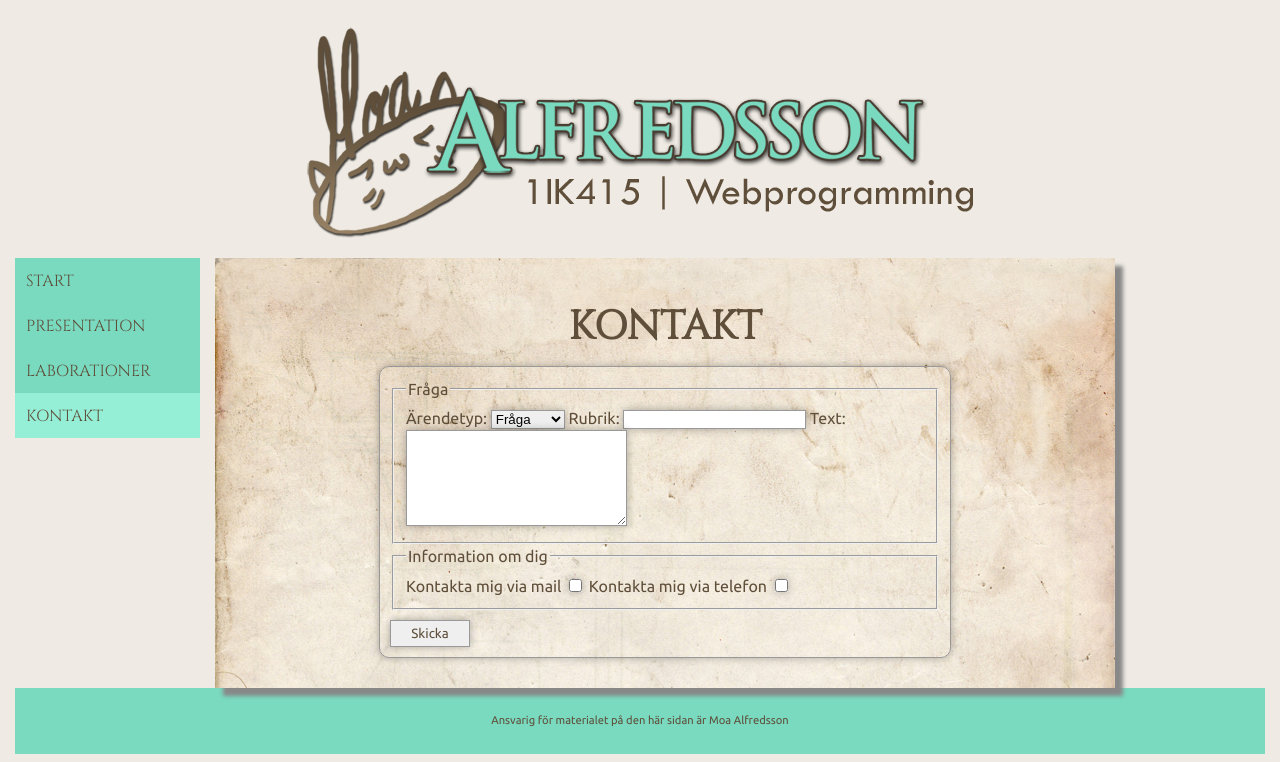
Repository: ma223md/1ik415
Page: pages/kontakt.html
The author's editor kept a record of every edit. The page is drawn from the files as they stood at one moment, then again after the next edit.
The browser window is 1280 px wide. The pictures show the whole page.

Above is the page before.

### pages/kontakt.html
<!DOCTYPE html>
<html>
    <head>
        <title>Kontakt</title>
        <meta charset="UTF-8">
        <!-- Gör så att svenska bokstäver visas korrekt -->
        <link rel="stylesheet" href="../css/style2.css" />
        <link href='//fonts.googleapis.com/css?family=Ubuntu' rel='stylesheet' type='text/css'>
        <link href='//fonts.googleapis.com/css?family=Cinzel' rel='stylesheet' type='text/css'>
    </head>
    <body>
        <div id="container">
            <div id="header">
            </div>
            <div id="navigation">
            <ul>
                <li><a href="../index.html">Start</a></li>
                <li><a href="../pages/presentation.html" >Presentation</a></li>
                <li><a href="../pages/laborationer.html">Laborationer</a></li>
                <li><a href="../pages/kontakt.html" class="active">Kontakt</a></li>
                </ul>
            </div>
            <div id="content">
                <h1>Kontakt</h1>
                <form name="contactForm" action="http://voyager.lnu.se/tekinet/kurser/dtt/wp_webbintro/form.php" method="post">
                    <fieldset>
                        <legend>Fråga</legend>
                        <span>Ärendetyp:</span>
                        <select name="errand" class="test">
                            <option value="question">Fråga</option>
                            <option value="greeting">Hälsning</option>
                            <option value="other">Övrigt</option>
                        </select>
                        <span>Rubrik:</span> <input type="text" name="headline" class="test">
                        <span>Text:</span> <textarea  name="comments" cols="25" rows="6" class="test"></textarea>
                    </fieldset>
                    <fieldset>
                        <legend>Information om dig</legend>
                        <span>Kontakta mig via mail</span> <input type="checkbox" name="contact" value="mail">
                        <span>Kontakta mig via telefon</span> <input type="checkbox" name="contact" value="phone">
                    </fieldset>
                    <input type="submit" value="Skicka" name="send" class="button">
                </form>
            </div>
            <div id="footer">
                <p>Ansvarig för materialet på den här sidan är Moa Alfredsson</p>
            </div>
        </div>
    </body>
</html>

### css/style2.css
/* Layout */

/*  Colors
    Main: #e1e0ce
    Navigation: #79dac0
    Content text: #5f4f3a
*/
body
    {
        background: #efebe4;
        line-height: 1.5em;
    }

#header
    {
        background-image: url(pics/logga2.png);
        background-repeat: no-repeat;
        background-position: center;
        height:250px;
    }

#container
    {
        background: #efebe4;
        width: 1250px;
        overflow: auto;
        margin: 0 auto;
    }


#header img
    {
        padding-top: 15px;
        padding-left: 185px;
    }

#navigation
    {
        float: left;
        background: #efebe4;
        width: 200px;
    }

#navigation ul
    {
        margin: 0;
        padding: 0;
        width:185px;
        list-style-type: none;
    }
/* Ändrar lista till menyknappar */
#navigation ul li a
    {
        color: #5f4f3a;
        background-color: #79dac0;
        padding: 10.5px 11px;
        display:block;
        font-family: 'Cinzel', serif;
        text-transform: uppercase;
        text-decoration: none;
    }
/* Färgar aktiv länk i meny */
#navigation ul li .active
    {
    color: #5f4f3a;
    background-color: #95efd7;
    }

#navigation ul li a:hover
    {
        background-color:  #95efd7;
    }

#content
    {
        background-image: url(pics/paperbackground.jpg);
        width: 840px;
        float: left;
        box-shadow: 8px 8px 4px #888888;
        padding: 30px;
        color: #5f4f3a;
        font-family: 'Ubuntu', sans-serif;
    }

#content p
    {
        padding-bottom: 10px;
    }

#content .blogdate
    {
        font-size: 0.7em;
        clear: both;
    }

#content h1
    {
        color: #5f4f3a;
        font-family: 'Cinzel', serif;
        font-size: 2.5em;
        text-transform: uppercase;
        text-align: center;
    }

#content h2, h3
    {
        color: #5f4f3a;
        font-family: 'Cinzel', serif;
    }

#content table, th, td
    {
        border: 2px solid #5f4f3a;
    }

#content td
    {
        padding: 10px;
    }

#content a
    {
        color: #5f4f3a;
    }
/* Textwrap för bilder */
.TextWrapRight
    {
        float: right;
        padding-bottom: 10px;
        padding-left: 10px;
    }
.TextWrapLeft
    {
        float: left;
        padding-bottom: 10px;
        padding-right: 10px;
    }

form
{
    margin:auto;
    position:relative;
    width:550px;
    color: #5f4f3a;
    font-family: 'Ubuntu', sans-serif;
    -webkit-border-radius: 10px;
    -moz-border-radius: 10px;
    padding:10px;
    border: 1px solid #999;
    border: inset 1px solid #333;
    -webkit-box-shadow: 0px 0px 8px rgba(0, 0, 0, 0.3);
    -moz-box-shadow: 0px 0px 8px rgba(0, 0, 0, 0.3);
    box-shadow: 0px 0px 8px rgba(0, 0, 0, 0.3);
}

input, option, textarea, select
    {

        border: 1px solid #999;
        -webkit-box-shadow: 0px 0px 8px rgba(0, 0, 0, 0.3);
        -moz-box-shadow: 0px 0px 8px rgba(0, 0, 0, 0.3);
        box-shadow: 0px 0px 8px rgba(0, 0, 0, 0.3);
    }

.fillIn
    {
        width:375px;
        display:block;
    }

.button
{
    width:80px;
    margin-top:10px;
    padding: 5px;
    color: #5f4f3a;
    font-family: 'Ubuntu', sans-serif;
}

/* Placerar footer under kolumnerna */
#footer
    {
        clear: both;
        background: #79dac0;
        height: 66px;
    }

#footer p
    {
        color: #5f4f3a;
        font-family: 'Ubuntu', sans-serif;
        font-size: 0.7em;
        text-align: center;
        padding-top: 20px;
    }

After the next edit:
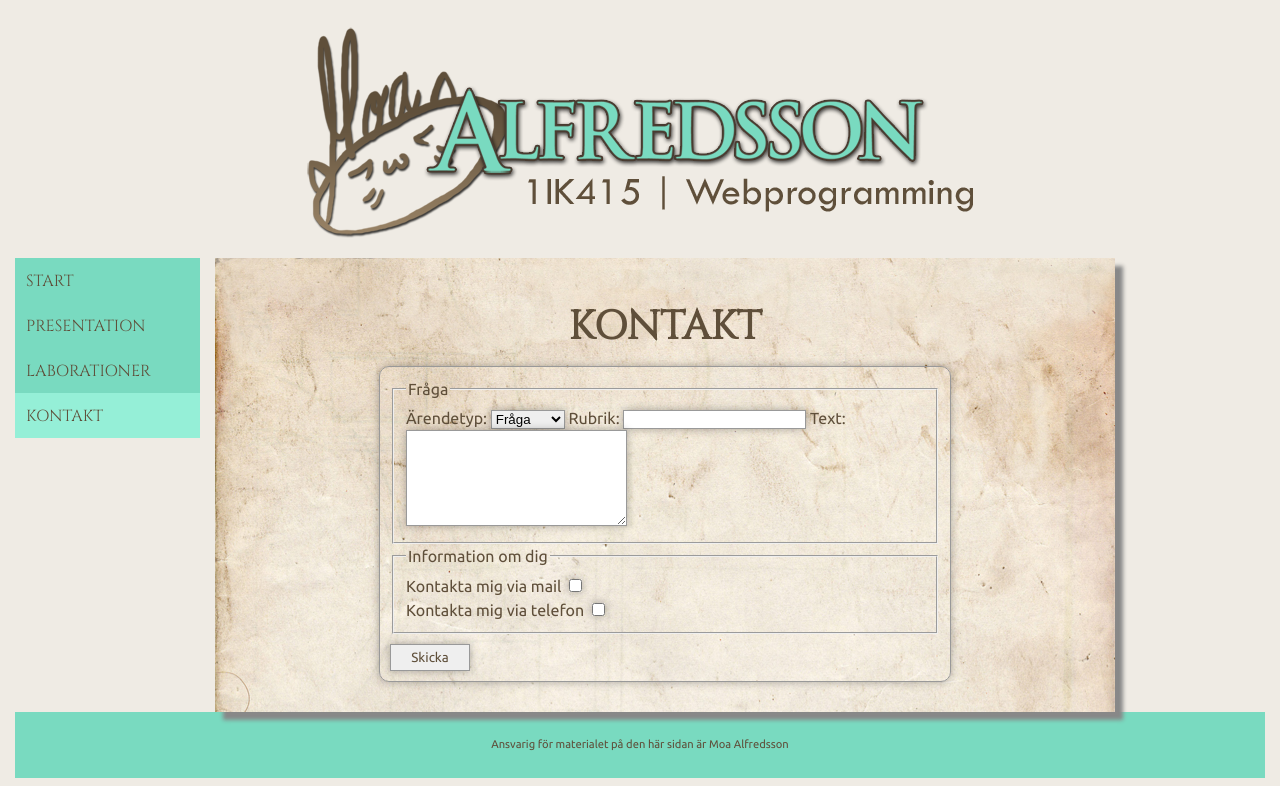
The edit:
--- a/pages/kontakt.html
+++ b/pages/kontakt.html
@@ -36,7 +36,7 @@
                     </fieldset>
                     <fieldset>
                         <legend>Information om dig</legend>
-                        <span>Kontakta mig via mail</span> <input type="checkbox" name="contact" value="mail">
+                        <span>Kontakta mig via mail</span> <input type="checkbox" name="contact" value="mail"><br>
                         <span>Kontakta mig via telefon</span> <input type="checkbox" name="contact" value="phone">
                     </fieldset>
                     <input type="submit" value="Skicka" name="send" class="button">
